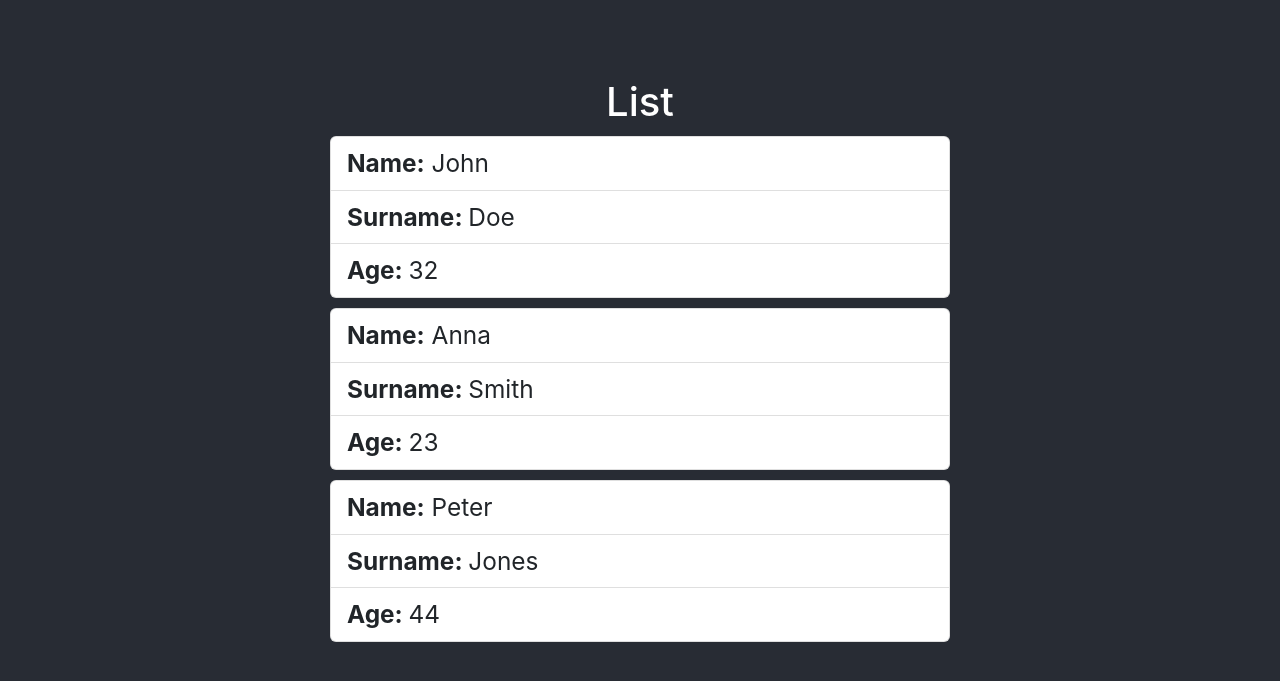
Repository: JasonMorta/ExamplesWithReact
Page: / (app in examples/)
The author's editor kept a copy of each file at every save. The page is drawn from the files as they stood at one save, then again after the next save.
The browser window is 1280 px wide. The pictures show the whole page.
The project was rebuilt for these pictures with package versions that can differ from the ones it lists, and the page was loaded fresh each time.

Above is the page before, as saved 2022-10-03 19:50:02.

### examples/public/index.html
<!DOCTYPE html>
<html lang="en">
  <head>
    <meta charset="utf-8" />
    <link rel="icon" href="%PUBLIC_URL%/favicon.ico" />
    <meta name="viewport" content="width=device-width, initial-scale=1" />
    <meta name="theme-color" content="#000000" />
    <meta
      name="description"
      content="Web site created using create-react-app"
    />
    <link rel="apple-touch-icon" href="%PUBLIC_URL%/logo192.png" />
    <!--
      manifest.json provides metadata used when your web app is installed on a
      user's mobile device or desktop. See https://developers.google.com/web/fundamentals/web-app-manifest/
    -->
    <link rel="manifest" href="%PUBLIC_URL%/manifest.json" />
    <!--
      Notice the use of %PUBLIC_URL% in the tags above.
      It will be replaced with the URL of the `public` folder during the build.
      Only files inside the `public` folder can be referenced from the HTML.

      Unlike "/favicon.ico" or "favicon.ico", "%PUBLIC_URL%/favicon.ico" will
      work correctly both with client-side routing and a non-root public URL.
      Learn how to configure a non-root public URL by running `npm run build`.
    -->
    <link href="https://cdn.jsdelivr.net/npm/bootstrap@5.2.1/dist/css/bootstrap.min.css" rel="stylesheet">
    <title>React App</title>
  </head>
  <body>
    <noscript>You need to enable JavaScript to run this app.</noscript>
    <div id="root"></div>
    <!--
      This HTML file is a template.
      If you open it directly in the browser, you will see an empty page.

      You can add webfonts, meta tags, or analytics to this file.
      The build step will place the bundled scripts into the <body> tag.

      To begin the development, run `npm start` or `yarn start`.
      To create a production bundle, use `npm run build` or `yarn build`.
    -->
  </body>
</html>

### examples/src/App.js
import logo from './logo.svg';
import './App.css';
import Instance from './components/Instance';





function App() {
  return (
    <div className="App">
      <header className="App-header">
      <Instance />
      </header>
    </div>
  );
}

export default App;

### examples/src/App.css
.App {
  text-align: center;
}

.App-logo {
  height: 40vmin;
  pointer-events: none;
}

@media (prefers-reduced-motion: no-preference) {
  .App-logo {
    animation: App-logo-spin infinite 20s linear;
  }
}

.App-header {
  background-color: #282c34;
  min-height: 100vh;
  display: flex;
  flex-direction: column;
  align-items: center;
  justify-content: center;
  font-size: calc(10px + 2vmin);
  color: white;
}

.App-link {
  color: #61dafb;
}

@keyframes App-logo-spin {
  from {
    transform: rotate(0deg);
  }
  to {
    transform: rotate(360deg);
  }
}


ul {
  margin: 10px;
  text-align: initial;
}

### examples/src/components/Instance.jsx
import React from 'react'

export default function Instance() {

const employees = [
  { firstName: "John", lastName: "Doe", age: 32 },
  { firstName: "Anna", lastName: "Smith", age: 23 },
  { firstName: "Peter", lastName: "Jones", age: 44 },
];



  return (
    <div style={{minWidth: "50%"}}>
      <h1>List</h1>

      {employees.map(obj =>
        <ul class="list-group">
          <li class="list-group-item"><b>Name:</b> {obj.firstName}</li>
          <li class="list-group-item"><b>Surname: </b>{obj.lastName}</li>
          <li class="list-group-item"><b>Age: </b>{obj.age}</li>
        </ul>
      )}
    </div>
  );
}

Loaded but not shown: examples/src/index.js (common file); examples/src/index.css (common file); examples/src/reportWebVitals.js (common file)

After the next save:
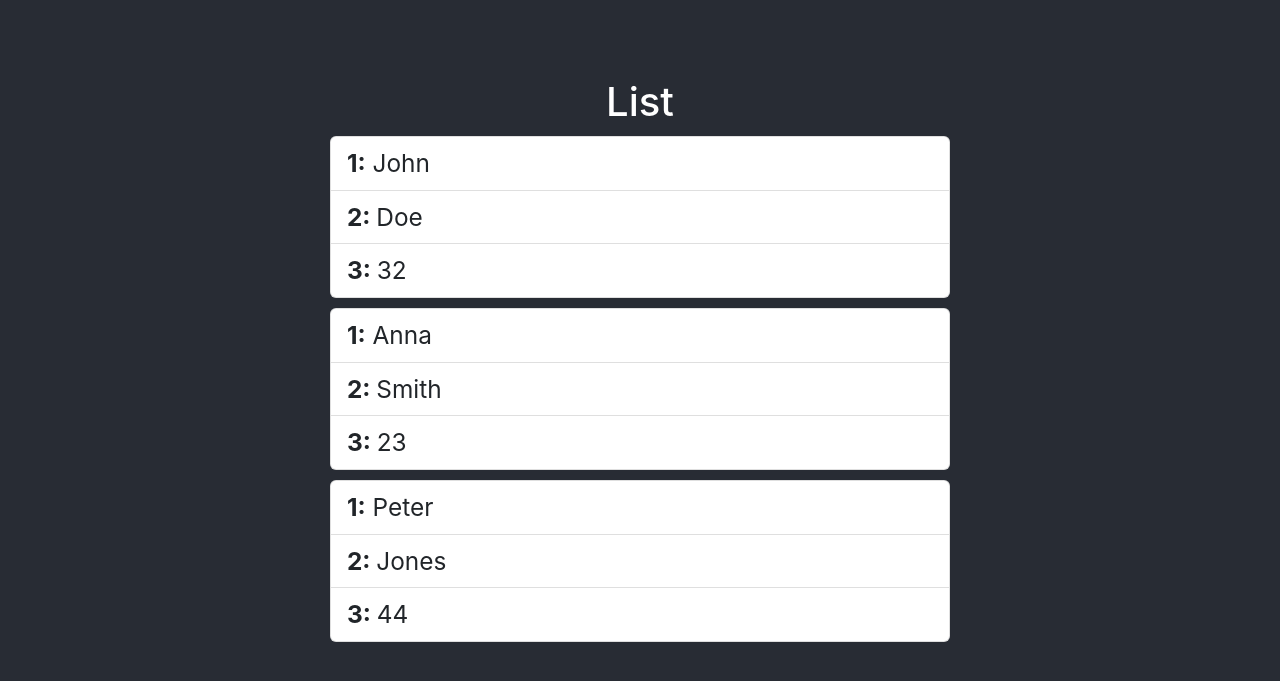
Saved 2 h 18 min later.
--- a/examples/src/components/Instance.jsx
+++ b/examples/src/components/Instance.jsx
@@ -16,9 +16,9 @@
 
       {employees.map(obj =>
         <ul class="list-group">
-          <li class="list-group-item"><b>Name:</b> {obj.firstName}</li>
-          <li class="list-group-item"><b>Surname: </b>{obj.lastName}</li>
-          <li class="list-group-item"><b>Age: </b>{obj.age}</li>
+          <li class="list-group-item"><b>1:</b> {obj.firstName}</li>
+          <li class="list-group-item"><b>2: </b>{obj.lastName}</li>
+          <li class="list-group-item"><b>3: </b>{obj.age}</li>
         </ul>
       )}
     </div>

After the save that followed:
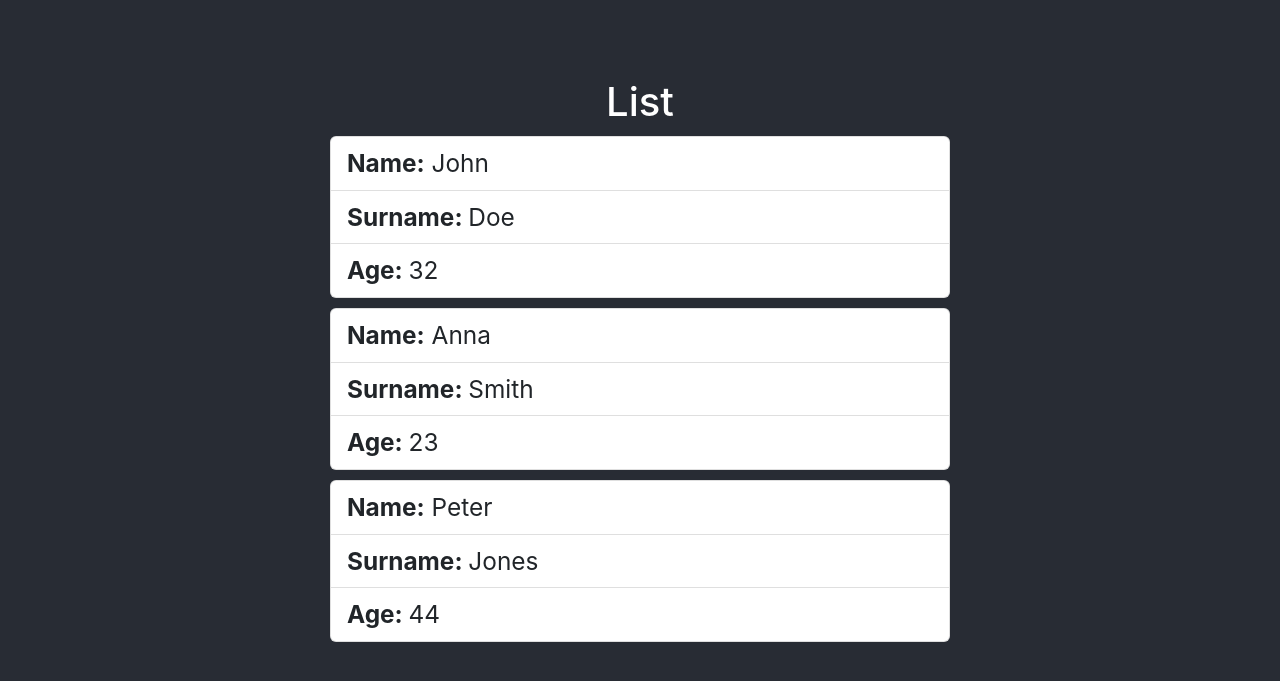
Saved 4 s later.
--- a/examples/src/components/Instance.jsx
+++ b/examples/src/components/Instance.jsx
@@ -16,9 +16,9 @@
 
       {employees.map(obj =>
         <ul class="list-group">
-          <li class="list-group-item"><b>1:</b> {obj.firstName}</li>
-          <li class="list-group-item"><b>2: </b>{obj.lastName}</li>
-          <li class="list-group-item"><b>3: </b>{obj.age}</li>
+          <li class="list-group-item"><b>Name:</b> {obj.firstName}</li>
+          <li class="list-group-item"><b>Surname: </b>{obj.lastName}</li>
+          <li class="list-group-item"><b>Age: </b>{obj.age}</li>
         </ul>
       )}
     </div>
